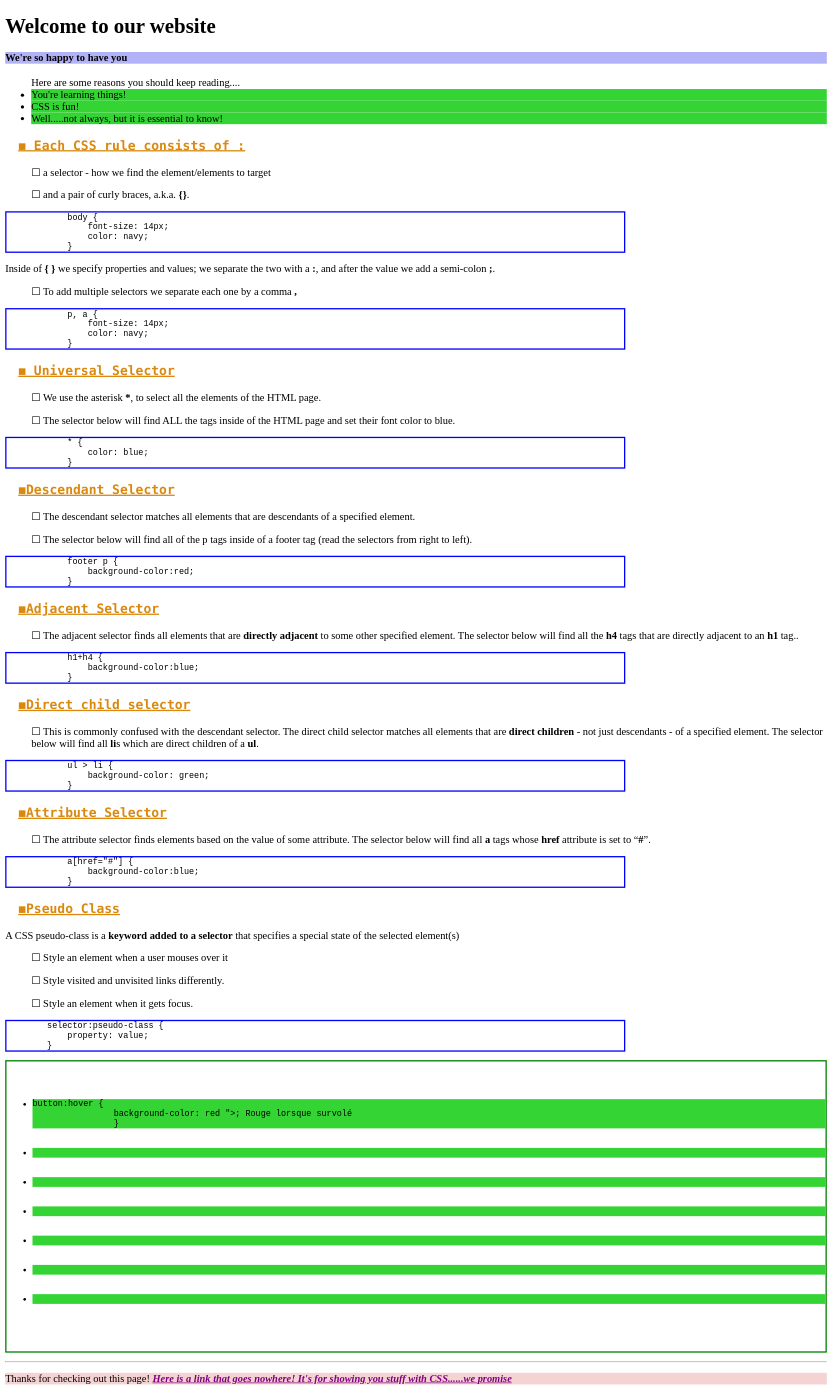
Repository: AnnaSpirit/Tests__
Page: CSS/Useful_Selectors.html
These files come from the project's save history. The page is drawn as it stood at one moment and after the next save; the edit follows.
The browser window is 1280 px wide. The pictures show the whole page, at 65% of full size.

Above is the page before, as saved 2024-04-01 18:04:05.

After the next save:
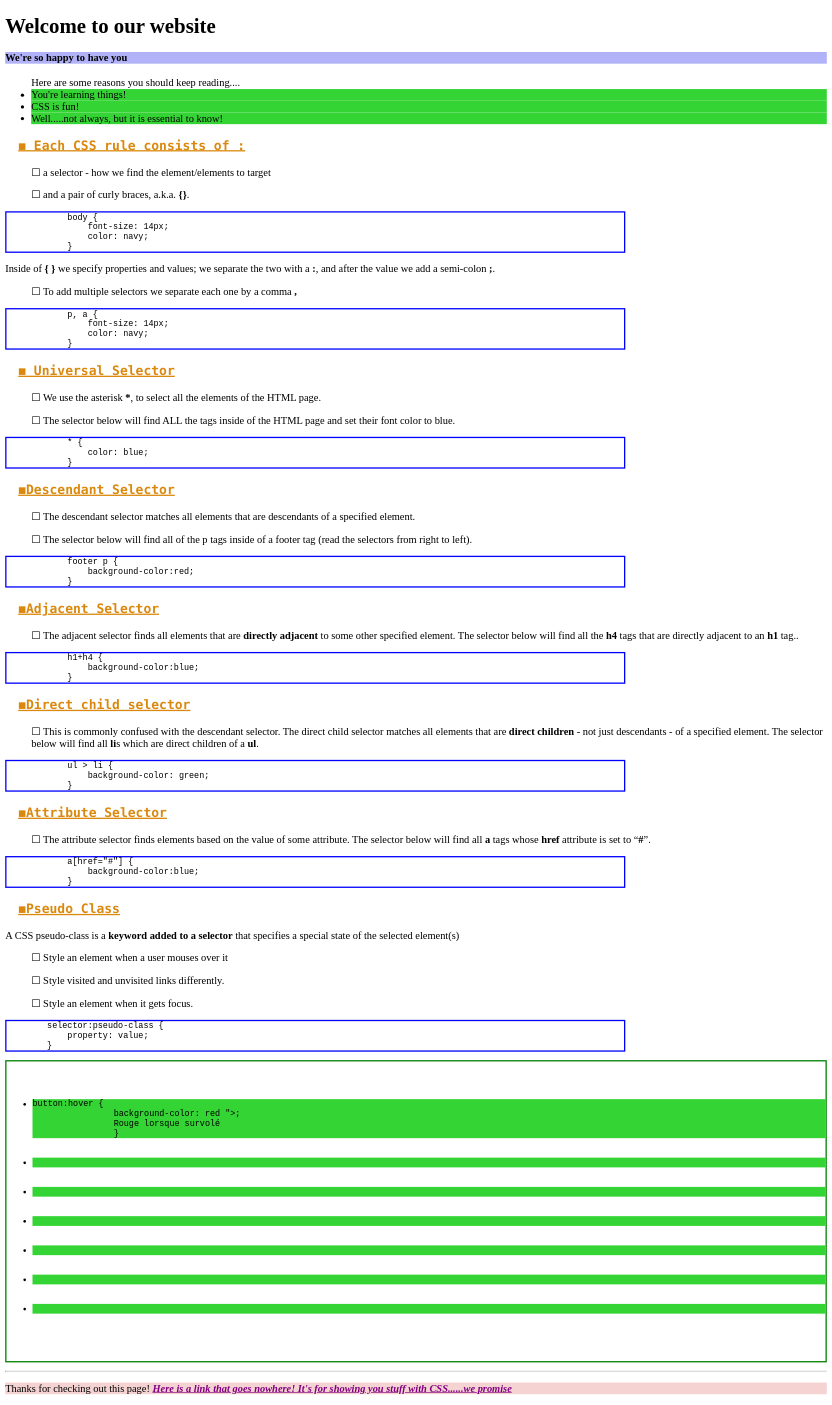
Saved 6 s later.
--- a/CSS/Useful_Selectors.html
+++ b/CSS/Useful_Selectors.html
@@ -99,7 +99,8 @@
         <pre style="border: 2px solid green";>
             <ul>
                 <li>button:hover {
-                background-color: red ">; Rouge lorsque survolé
+                background-color: red ">;
+                Rouge lorsque survolé
                 }</li>
                 <li></li>
                 <li></li>

After the save that followed:
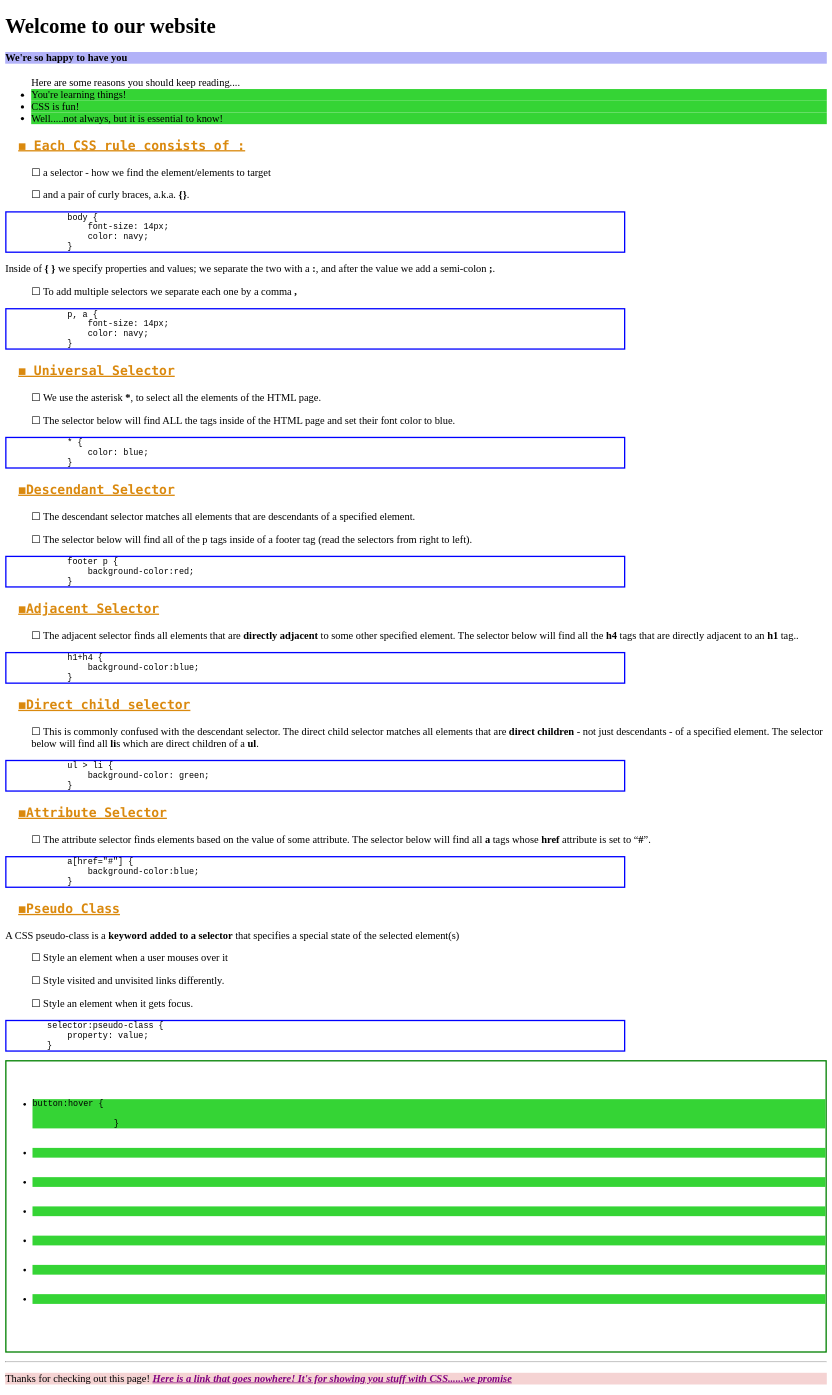
Saved 58 s later.
--- a/CSS/Useful_Selectors.html
+++ b/CSS/Useful_Selectors.html
@@ -99,8 +99,7 @@
         <pre style="border: 2px solid green";>
             <ul>
                 <li>button:hover {
-                background-color: red ">;
-                Rouge lorsque survolé
+
                 }</li>
                 <li></li>
                 <li></li>
